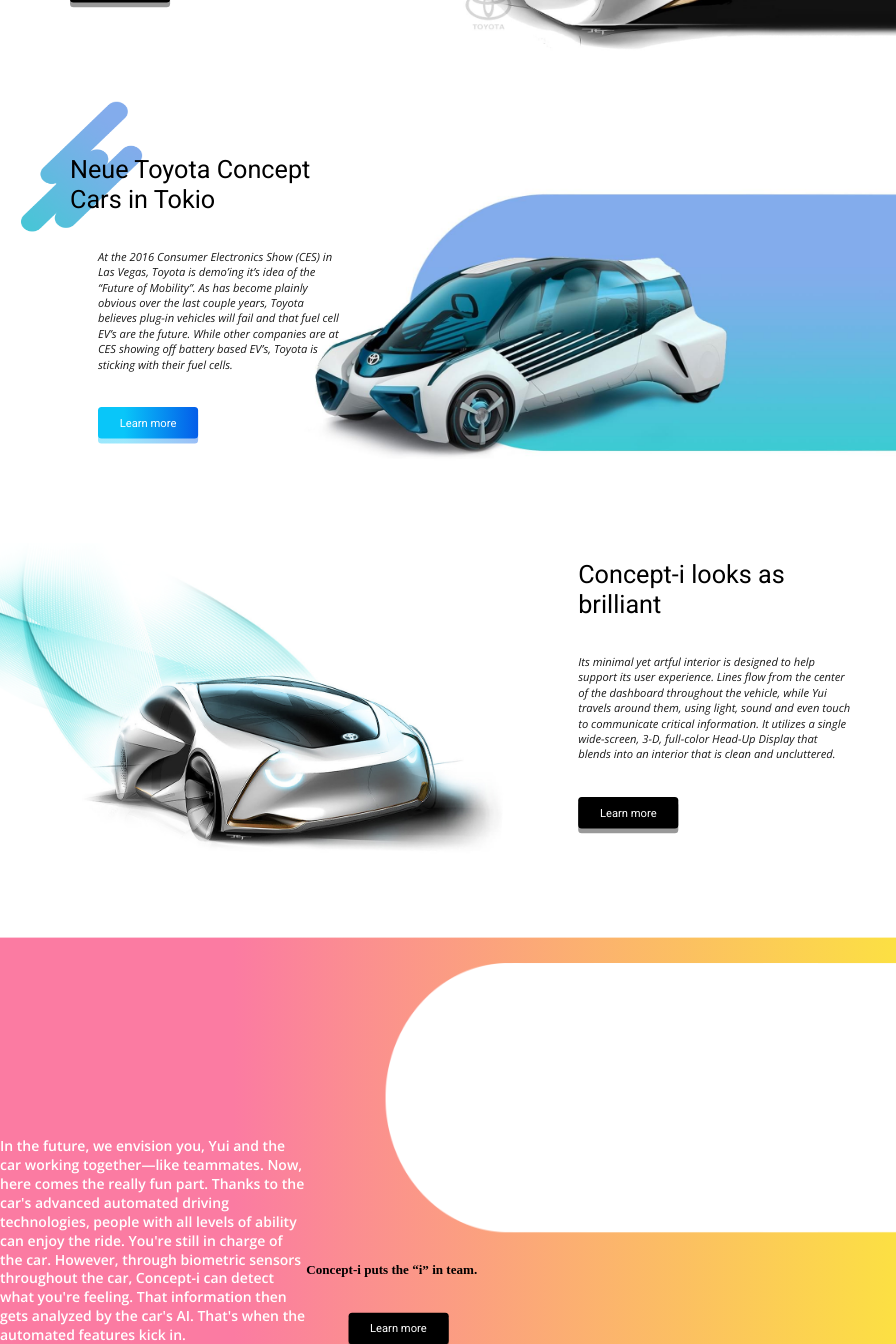
Repository: ThanhThn/Moto-Toyota
Page: index.html
An editor plug-in stored every save of this project. The page is shown before and after the next save, followed by the edit.
The browser window is 1280 px wide. The pictures show the part of the page from y = 1849 to 3769 px (the page is 3769 px tall before and 3705 px after), at 70% of full size.

Above is the page before, as saved 2022-07-07 12:40:31.

### index.html
<!DOCTYPE html>
<html lang="en">
<head>
    <meta charset="UTF-8">
    <meta http-equiv="X-UA-Compatible" content="IE=edge">
    <meta name="viewport" content="width=device-width, initial-scale=1.0">
    <title>Document</title>
    <!-- === CSS Files === -->
    <link rel="stylesheet" href="css/style.css">
</head>
<body>
    <!-- === Main Container Start === -->
    <div class="main-container">
        <!-- === Heading Start === -->
        <div class="heading">
            <div class="logo">
                <a href="#"><img src="images/logo.png" alt="logo"></a>
            </div>
            <div class="menu">
                <ul class="nav">
                    <li><a href="#" class="chossen">Home</a></li>
                    <li><a href="#">About</a></li>
                    <li><a href="#">Contact</a></li>
                </ul>
            </div>
        </div>
        <!-- === Heading End === -->
        <!-- === Content Start === -->
        <div class="content">
            <!-- === Slider start === -->
            <div class="slider-container">
                <img src="images/7502b12d9a12f809e3996ea2e26b5c30.jpeg" alt="">
                <div class="slider-content">
                    <h1>Toyota Concept-i Series</h1>
                    <p>Toyota Concept-i and its forward-thinking UX hold a mirror up to a future that is warm, friendly, engaging and, most of all—fun. Without further ado, meet Concept-i.</p>
                </div>
            </div>
            <!-- === Slider End === -->
            <!-- === Content Start === -->
            <section class="body-container-content">
                <img class="overflow-img img-defaut" src="images/6f5de08df6c1a4f14c65050e1ff59f2c.jpeg" alt="">
                <div class="body-content">
                    <h3 class="heading-content" >The future has arrived.</h3>
                    <p class="text-content">While we can't predict the future, we can inspire it. So what will our cars look like and how will they function? Will we drive them or will they drive us? That seems to be the question on everyone's mind. Well, we have an idea. Cars are for people who want to go to more places safely and efficiently</p>
                    <div class="yellow-btn">Learn more</div>
                    <img src="images/bd87ca380d82a1c6fad66fa9fc53bc48.png" alt=""  class="paint paint-1">
                </div>
                <img src="images/logo.png" alt="" class="logo-cover logo-body">

            </section>
            <section class="body-container-content">
                <div class="body-content">
                    <h3 class="heading-content">
                        <p>Less of a machine.</p>
                        <p>More of a pal.</p>
                    </h3>
                    <p class="text-content" style="margin-left:20px;">
                        Concept-i follows our belief that vehicles shouldn't start with technology—they should start, and end, with the experience of the people who use them. Therefore, Concept-i was built from the inside out, with a focus on making it immersive, energetic and, most importantly—approachable.
                    </p>
                    <div class="black-btn" style="margin-left:20px;">Learn more</div>
                </div>
                <img src="images/094e953db5791c71cbf6cb2692c9da18.jpeg" alt=""  class="img">
            </section>
            <!-- === Content End === -->
            <section class="body-container-content">
                <div class="body-content">
                    <h3 class="heading-content">
                        Neue Toyota Concept Cars in Tokio
                    </h3>
                    <p class="text-content">
                        At the 2016 Consumer Electronics Show (CES) in Las Vegas, Toyota is demo’ing it’s idea of the “Future of Mobility”.  As has become plainly obvious over the last couple years, Toyota believes plug-in vehicles will fail and that fuel cell EV’s are the future.  While other companies are at CES showing off battery based EV’s, Toyota is sticking with their fuel cells.
                    </p>
                    <div class="blue-btn">Learn more</div>
                    <img src="images/93c8d638317c741291e390fb2c10a215.png" alt="" class="paint paint-2">
                </div>
                <img src="images/8be8de663c4ab7eee8b3e53c31cbb581.jpeg" alt=""  class="img" id="img-center">
            </section>
            <section class="body-container-content">
                <img src="images/4c134e2df3106c5e28f93f94161e3242.png" alt=""  class="overflow-img img-defaut">
                <div class="body-content">
                    <h3 class="heading-content">
                        Concept-i looks as brilliant
                    </h3>
                    <p class="text-content" style="margin-left:20px;">
                        Its minimal yet artful interior is designed to help support its user experience. Lines flow from the center of the dashboard throughout the vehicle, while Yui travels around them, using light, sound and even touch to communicate critical information. It utilizes a single wide-screen, 3-D, full-color Head-Up Display that blends into an interior that is clean and uncluttered.
                    </p>
                    <div class="black-btn" style="margin-left:20px;">Learn more</div>
                </div>
            </section>
            <section class="content-center body-container-content">
                <div  class="text-content" id="text">
                    <p>
                        In the future, we envision you, Yui and the car working together—like teammates. Now, here comes the really fun part. Thanks to the car's advanced automated driving technologies, people with all levels of ability can enjoy the ride. You're still in charge of the car. However, through biometric sensors throughout the car, Concept-i can detect what you're feeling. That information then gets analyzed by the car's AI. That's when the automated features kick in.
                    </p>
                </div>
                <div>
                    <img src="images/c7a5eef7434a3c41abc67dbea4472211.png" alt="">
                    <div>
                        <h3>Concept-i puts the “i” in team.</h3>
                        <div class="black-btn">Learn more</div>
                    </div>
                </div>
            </section>
        </div>
        <!-- === Content End === -->
    </div>
    <!-- === Main Container End === -->
    <!-- === JS Files === -->
    <script src="js/script.js"></script>
</body>
</html>

### css/style.css
@import url('https://fonts.googleapis.com/css2?family=Open+Sans:ital,wght@0,600;0,700;1,400;1,600&family=Roboto&display=swap');
:root{
    --text: #1a1a1a;
    --text-chossen:#478ac9;
    --heading-family: 'Roboto', sans-serif;
    --body-family: 'Open Sans', sans-serif;
}
*
{
    margin: 0;
    padding: 0;
    outline: none;
    text-decoration: none;
    box-sizing: border-box;
}
.overflow-img
{
    overflow: hidden;
}

.img-defaut
{
    object-fit: cover;
}
.logo-cover
{
    width: 65px !important;
    height: 60px !important;
    opacity: 0.25;
}
.paint
{
    width: 173px  !important;
    height: 186px !important;
    position: absolute;
    z-index: -1;
}
.heading
{
    height: 115px;
    width: 100%;
    display : flex;
    justify-content: space-around;
}
.heading .logo{
    width: 92px;
    height: 92px;
    margin-top: 11.5px;
}
.heading .logo a img
{
    width: 92px;
    height: 92px;
}
.heading .menu .nav
{
    font-family:var(--body-family);
    font-size: 16px;
    font-weight: 700;
    list-style: none;
    display: flex;
    padding: 14px 0px 14px 0px;
    margin-top: 50px;
}
.heading .menu .nav li
{
    padding: 0px 20px 0px 20px;
}
.heading .menu .nav  li a
{
    color: var(--text);
}
.chossen
{
    color: var(--text-chossen) !important;
}

.slider-container
{
    text-align: center;
}
.slider-container img
{
    display: block;
    height: 260px;
    width: 820px;
    margin-left: auto;
    margin-right: auto;
    margin-top: 54px;
}
.slider-content
{
    width: 784px;
    height: 324px;
    margin-left: auto;
    margin-right: auto;
    margin-top: 20px;
}
.slider-content h1
{
    font-family: var(--heading-family);
    font-size: 72px;
    font-weight: 400;
    padding: 20px 13px 0 13px ;
}
.slider-content p
{
    font-family: var(--body-family);
    font-size: 20px;
    font-style: italic;
    opacity: 0.6;
    font-weight: 600;
    padding: 20px 13px 0 13px ;
}
.body-container-content
{
    display: flex;
    margin: 99px auto 0 0;
    align-items: flex-end;
}

.body-container-content img
{
    width:  calc(((100% - 1140px) / 2) + 656px);;
    display: block;
    height: 464px;
    object-position: 100% 0%;
    background-position: 100% 0%;
}

.body-container-content .body-content
{
    position: relative;
    width: 430px;
    height: 480px;
    margin-left: 80px;
    z-index: 1;
}

.body-content .heading-content
{
    font-family: var(--heading-family);
    font-size: 36px;
    font-weight: 400;
    margin: 40px 0 0 20px;
}
.body-content .text-content
{
    font-family: var(--body-family);
    font-weight: 400;
    opacity: 0.9;
    font-style: italic;
    margin: 50px 20px 0 60px;
    word-wrap: break-word;
}

.yellow-btn
{
    color: #fff;
    width: 143px;
    height: 45px;
    background-image: linear-gradient(to left, #fce043 0%, #fb7ba2 74%);
    border: none;
    border-radius: 5px ;
    display: flex;
    justify-content: center;
    align-items: center;
    font-family: var(--heading-family);
    margin: 50px 0 0 60px;
}
.yellow-btn::before {
    content: "";
    background: linear-gradient(to left, #fce043 0%, #fb7ba2 74%);
    position: absolute;
    opacity: 0.4;
    width: 143px;
    height: 45px;
    border-radius: 5px;
    transform: translateY(7px);
    z-index: -1;
}
.black-btn
{
    background-color: #000;
    color: #fff;
    box-shadow: 0 7px rgba(0, 0, 0, 0.4);
    width: 143px;
    height: 45px;
    border: none;
    border-radius: 5px ;
    display: flex;
    justify-content: center;
    align-items: center;
    font-family: var(--heading-family);
    margin: 50px 0 0 60px;
}
.black-btn:active
{
    transform: translateY(7px);
    box-shadow: none;
}

.blue-btn
{
    color: #fff;
    width: 143px;
    height: 45px;
    background-image: linear-gradient(to left, #045de9 0%, #09c6f9 74%);
    border: none;
    border-radius: 5px ;
    display: flex;
    justify-content: center;
    align-items: center;
    font-family: var(--heading-family);
    margin: 50px 0 0 60px;
}
.blue-btn::before {
    content: "";
    background: linear-gradient(to left, #045de9 0%, #09c6f9 74%);
    position: absolute;
    opacity: 0.4;
    width: 143px;
    height: 45px;
    border-radius: 5px;
    transform: translateY(7px);
    z-index: -1;
}

.body-container-content .logo-body
{
    position: relative;
    top: -30px;
    right: 1100px;
}

.body-container-content .paint-1
{
    top: -36px;
    right: 308px;
}
.body-container-content .paint-2
{
    top: -36px;
    left: -50px;
}
.body-container-content .img
{
    width: 860px;
    height: 400px;
    position: absolute;
    right: 0;
}
.body-container-content #img-center
{
    margin: auto 0 auto 0;
}
.content-center
{
    display: flex;
    background-image: linear-gradient(to left, #fce043 0%, #fb7ba2 74%);;
}
#text
{
    width: 480px;
    font-family: var(--body-family);
    font-size: 20px;
    font-weight: 600 ;
    color: #fff;
}
.content-center img
{
    width: 100%;
}

Loaded but not shown: js/script.js (no copy from this time; the picture is the same without it)

After the next save:
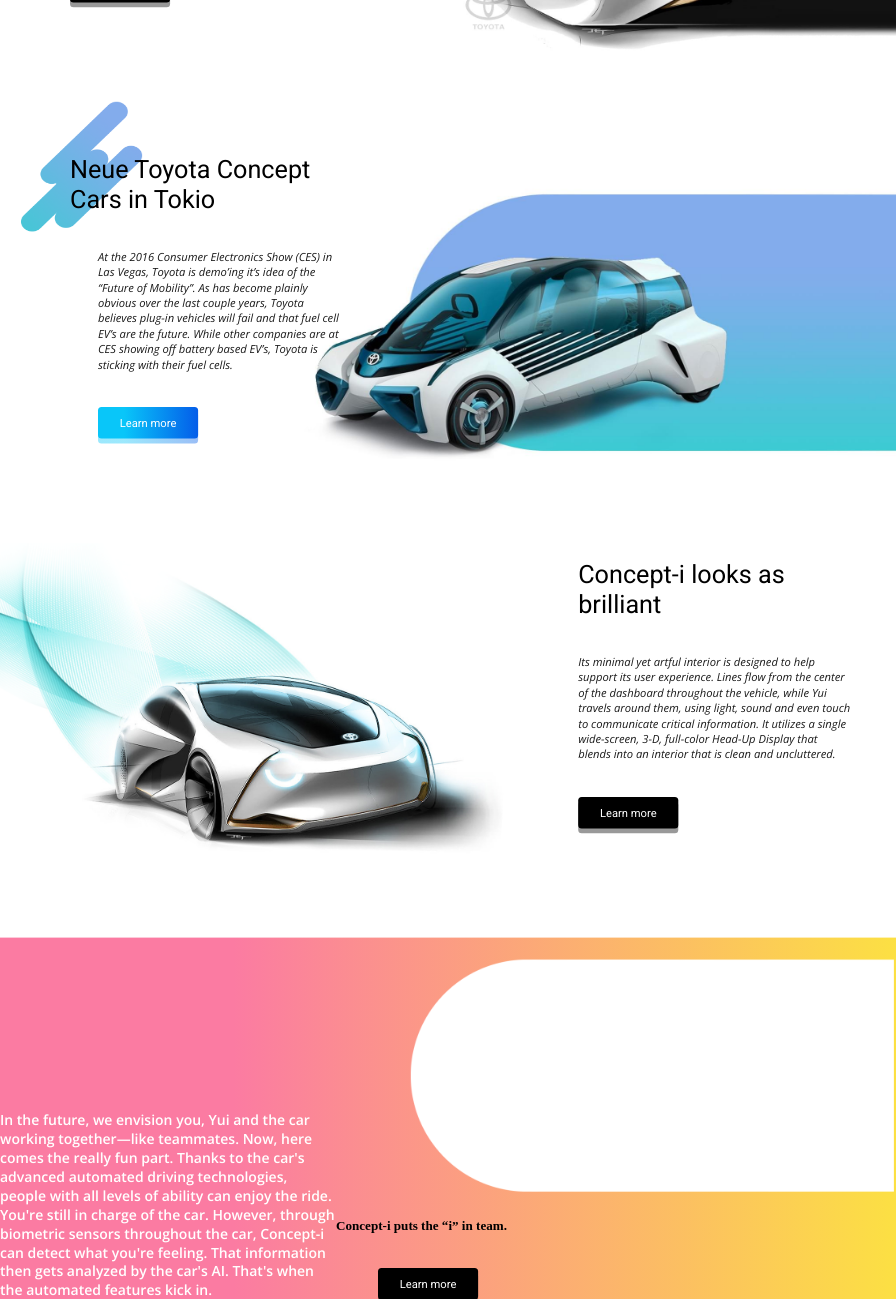
Saved 9 s later.
--- a/css/style.css
+++ b/css/style.css
@@ -270,4 +270,5 @@
 .content-center img
 {
     width: 100%;
-}
+    height: 400px;
+}
